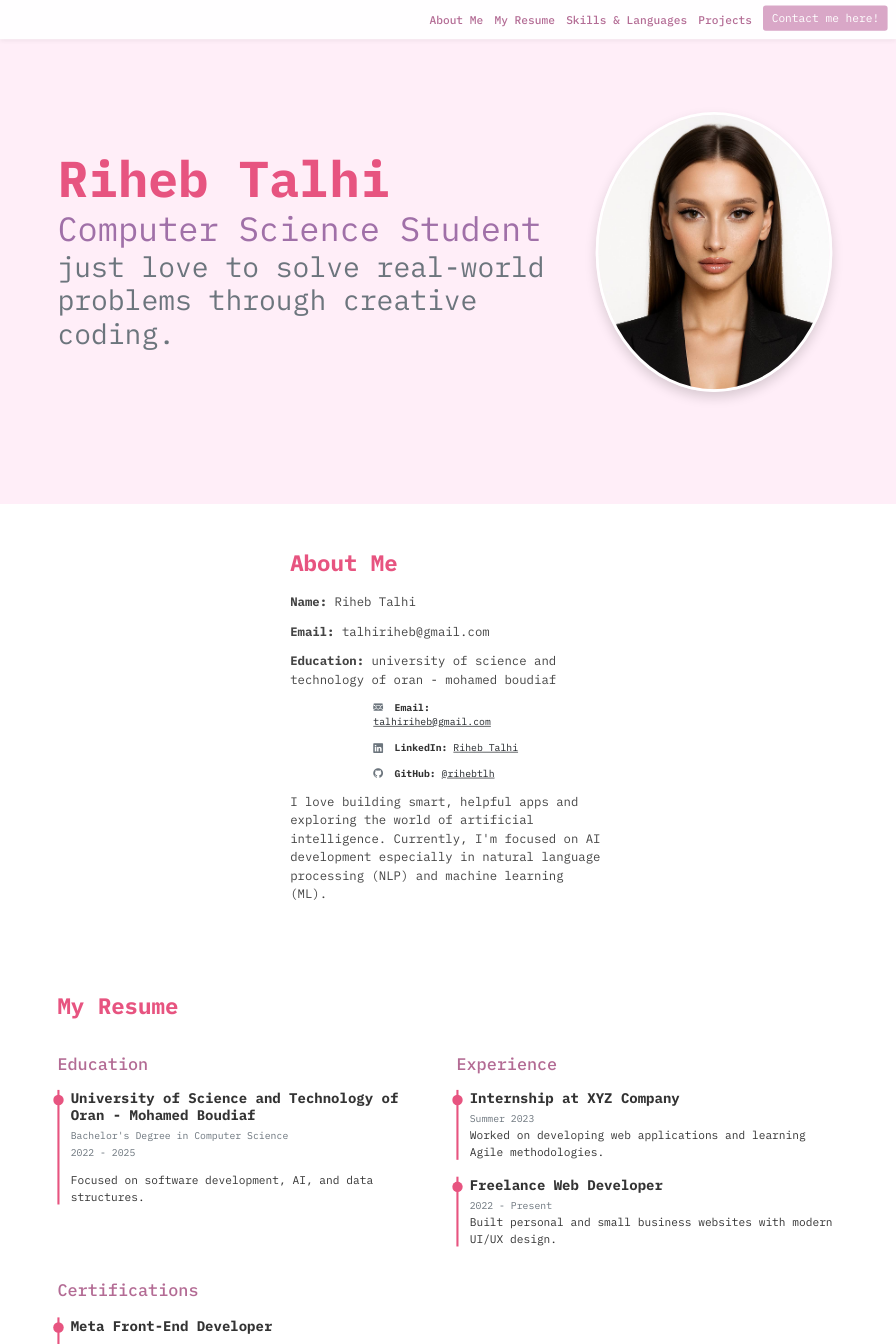
Repository: rihebtlh/portfolio
Page: new.html
The author's editor kept a copy of each file at every save. The page is drawn from the files as they stood at one save, then again after a run of saves.
The browser window is 1280 px wide. The pictures show the part of the page from y = 0 to 1920 px (the page is 4283 px tall), at 70% of full size.

Above is the page before, as saved 2025-07-02 17:06:34.

After the next 3 saves:
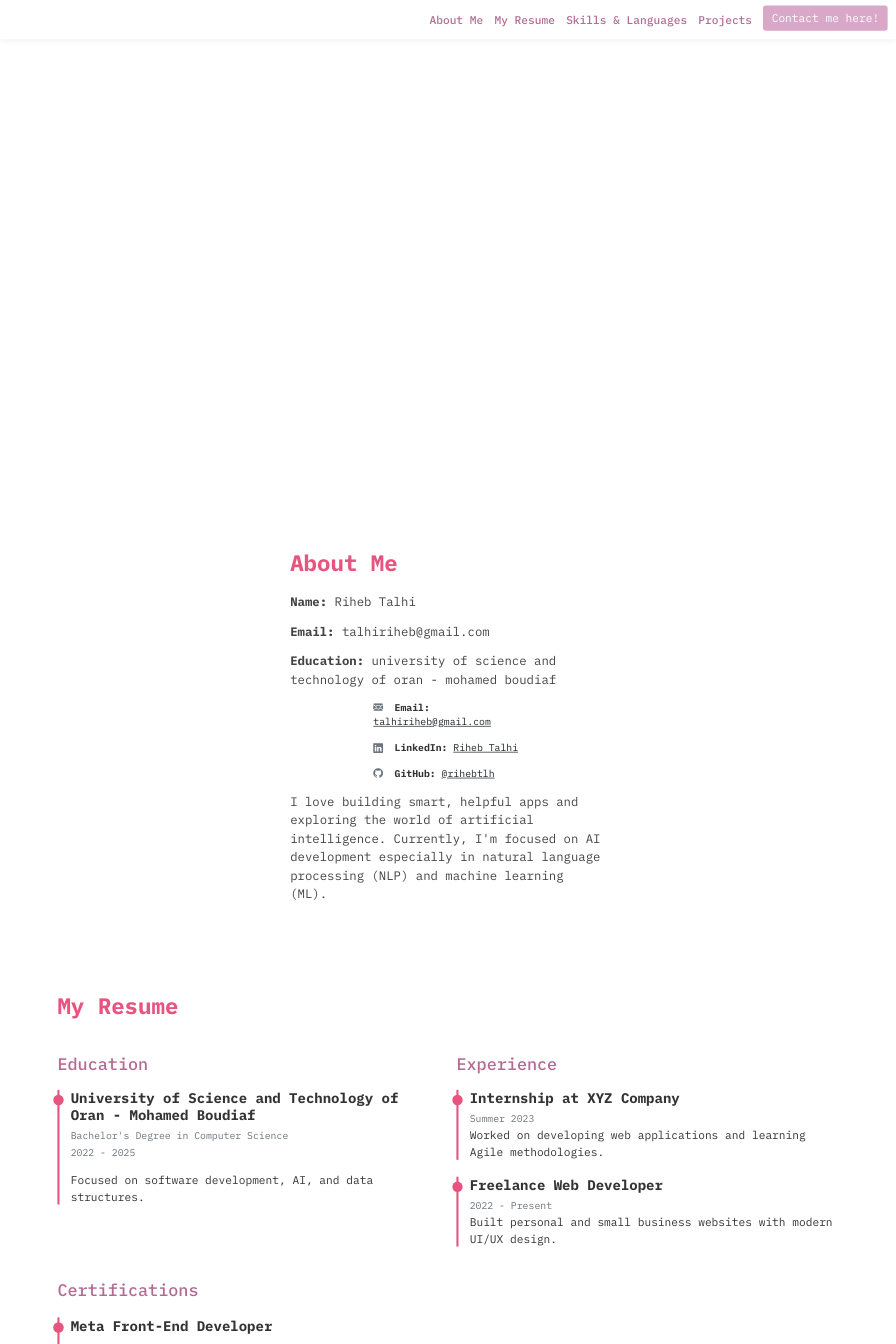
The 3 saves are shown as one change because they came seconds apart.
The last was saved 20 s later.
--- a/new.html
+++ b/new.html
@@ -145,7 +145,7 @@
   </nav>
 
   <!-- Hero Section -->
-    <section class="head d-flex align-items-center" style="min-height: 100vh;" id="home">
+    <section class="head d-flex align-items-center fade-up" style="min-height: 100vh;" id="home">
     <div class="container-lg">
         <div class="row justify-content-center align-items-center">
         <div class="col-md-8 text-start">
